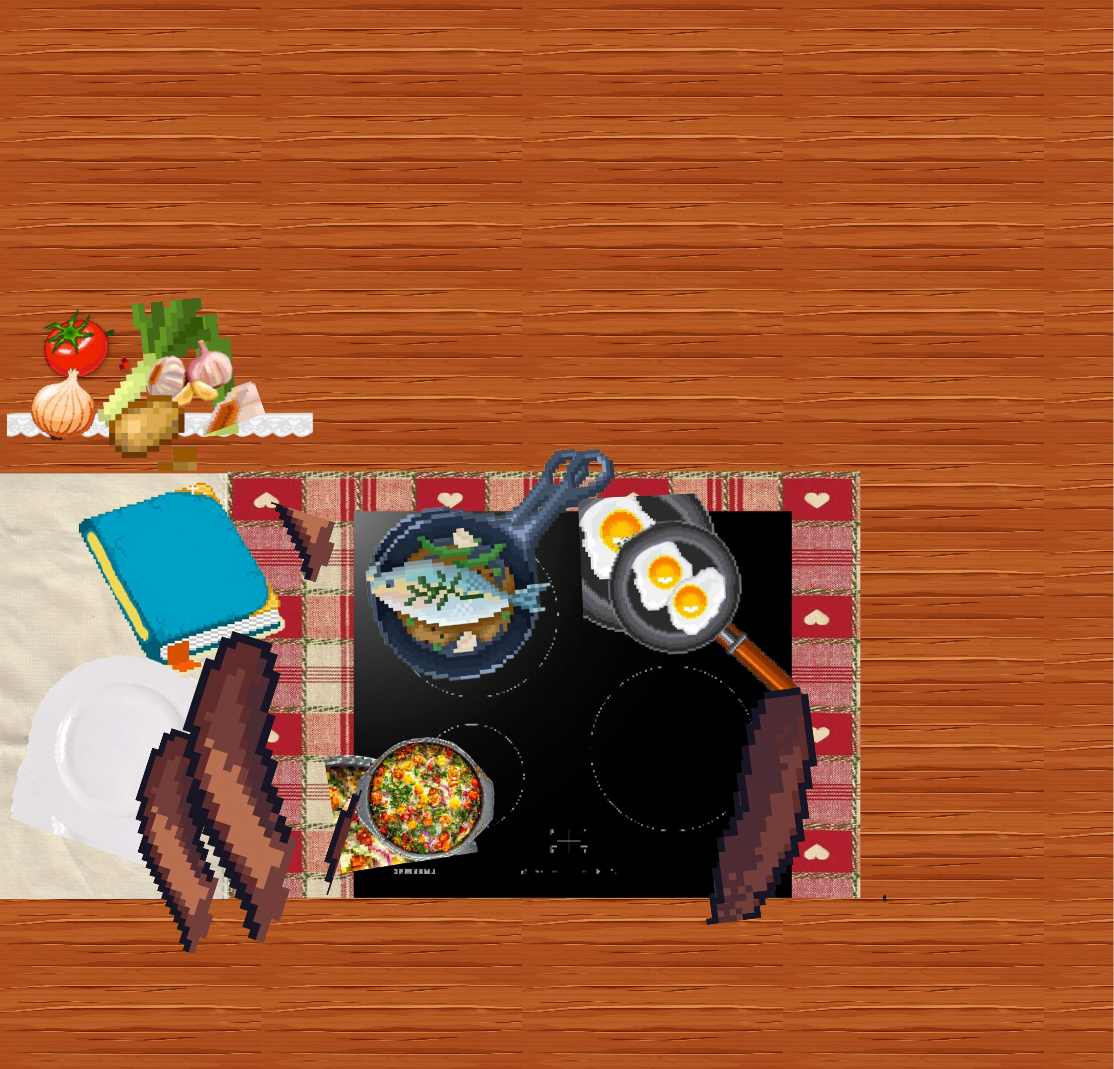
Repository: AJamdonuts/ToddyTalks
Page: playingaround2/pages/chefsujin.html
The author's editor kept a copy of each file at every save. The page is drawn from the files as they stood at one save, then again after the next save.
The browser window is 1280 px wide. The pictures show the whole page, at 87% of full size.

Above is the page before, as saved 2025-11-26 20:24:23.

### playingaround2/pages/chefsujin.html
<!DOCTYPE html>
<html>
<head>
    <meta charset="UTF-8">
    <meta name="viewport" content="width=device-width, initial-scale=1">
    <link href="/playingaround2/styles/chefsujin.css" rel="stylesheet">
    <script src="/playingaround2/javascript/chefsujin.js" defer></script>
    <title>Chef Sujin</title>
    <link rel="icon" type="image/x-icon" href="/playingaround2/images/favicon.ico">
</head>
<body>
    <div class="canvas">
        <img src="/playingaround2/images/09362b8ce39beb85f830c3373e6b392c-removebg-preview.png" alt="Chef Sujin Banner" class="chef-sujin-banner">
        <img src="/playingaround2/images/b41e50d46e26e9463ce130b2da7a46aa.jpg" class="creamtexture">
        <img src="/playingaround2/images/check table cloth.jpg" class="checktablecloth">
        <img src="/playingaround2/images/pxArt-2.png" class="hob">
        <img src="/playingaround2/images/pixil-frame-0-removebg-preview 1.png" class="recipebook">
        <img src="/playingaround2/images/fishpan.png" class="fishpan">
        <img src="/playingaround2/images/leek-removebg-preview.png" class="leek">
        <img src="/playingaround2/images/garlic-removebg-preview.png" class="garlic">
        <img src="/playingaround2/images/d95fa1e62c663504736614e026fc4862-removebg-preview.png" class="potato">
        <img src="/playingaround2/images/pixil-frame-0-removebg-preview.png" class="eggpan" >
        <img src="/playingaround2/images/pxArt-2-removebg-preview.png" class="vegpan">
        <img src="/playingaround2/images/pxArt-removebg-preview.png" class="plate">
        <img src="/playingaround2/images/tomato-removebg-preview.png" class="tomato">
        <img src="/playingaround2/images/onion-removebg-preview.png" class="onion">
        <img src="/playingaround2/images/IMG_0236_2-removebg-preview.png" class="beararm1" >
        <img src="/playingaround2/images/IMG_0236-removebg-preview.png" class="beararm2" >
    </div>

</body>
</html>

### playingaround2/styles/chefsujin.css


/* Add a main container to hold all your absolutely positioned elements */
.canvas {
    position: relative;
    max-width: 1440px;
    max-height: 1024px;
    width: 100%;
    height: 100%;
    transform-origin: bottom left;
    transform: scale(var(--scale-factor, 1));
}

/* Use Flexbox on the body to center the .canvas element when it hits the max size */
body {
    display: flex;
    justify-content: center; /* horizontally center canvas */
    align-items: flex-end;   /* vertically position canvas as needed */

    background-image: url('/playingaround2/images/kitchencounter.jpg');
    background-repeat: repeat;      /* repeat the image */
    background-size: 300px 100px;   /* set width and height for each tile */
    background-position: top left;  /* start tiling from top-left */
    background-attachment: scroll;  /* moves with page */
    background-color: #ffffff;      /* fallback color */
}

.tomato {
    position: absolute;
    width: 133.75px;
    height: 133.75px;
    left: 45.02px;
    top: 55.06px;
    background: url(tomato-removebg-preview.png);
    filter: drop-shadow(0px 4px 4px rgba(0, 0, 0, 0.25));
    border-radius: 4px;
    transform: rotate(-24.58deg);
}

.potato {
    position: absolute;
    width: 165px;
    height: 165px;
    left: 146px;
    top: 161px;
    background: url(d95fa1e62c663504736614e026fc4862-removebg-preview.png);
}

.leek {
    position: absolute;
    width: 257.96px;
    height: 257.96px;
    left: 109.95px;
    top: 20px;
    background: url(leek-removebg-preview.png);
    transform: rotate(-5.62deg);
}

.garlic {
    position: absolute;
    width: 194.8px;
    height: 194.8px;
    left: 200.62px;
    top: 74.87px;
    background: url(garlic-removebg-preview.png);
    transform: rotate(-19.27deg);
}

.onion {
    position: absolute;
    width: 126.18px;
    height: 144.28px;
    left: 32px;
    top: 145.3px;
    background: url(onion-removebg-preview.png);
    transform: rotate(17.63deg);
    }

.recipebook {
    position: absolute;
    width: 392px;
    height: 392px;
    left: 90px;
    top: 302px;
}

.plate {
    position: absolute;
    width: 334.76px;
    height: 332.75px;
    left: 22px;
    top: 616px;
    background: url(pxArt-removebg-preview.png);
    transform: rotate(19.64deg);
}

.beararm1 {
    position: absolute;
    width: 448.49px;
    height: 883.17px;
    left: 132px;
    top: 374px;
    background: url(IMG_0236_2-removebg-preview.png);
    transform: matrix(0.95, 0.31, 0.31, -0.95, 0, 0);
}

.beararm2 {
    position: absolute;
    width: 348.8px;
    height: 764.5px;
    left: 1062px;
    top: 450px;
    background: url(IMG_0236-removebg-preview.png);
    transform: matrix(0.99, -0.13, -0.13, -0.99, 0, 0);
}

.fishpan {
    position: absolute;
    width: 546.95px;
    height: 546.95px;
    left: 532px;
    top: 257px;
    background: url(fishpan.png);
    transform: rotate(-6.22deg);
}

.eggpan {
    position: absolute;
    width: 396px;
    height: 396px;
    left: 942.44px;
    top: 362.44px;
    background: url(pixil-frame-0-removebg-preview.png);
    transform: rotate(177.33deg);
}

.vegpan {
    position: absolute;
    width: 207px;
    height: 310px;
    left: 580.54px;
    top: 703.1px;
    background: url(pxArt-2-removebg-preview.png);
    transform: rotate(81.24deg);
}

.hob {
position: absolute;
width: 716px;
height: 632px;
left: 567px;
top: 392px;
background: url(pxArt-2.png);
}

.creamtexture {
    position: absolute;
    width: 476px;
    height: 696px;
    left: -115px;
    top: 330px;
    background: url(b41e50d46e26e9463ce130b2da7a46aa.jpg);
}

.checktablecloth {
    position: absolute;
    width: 1034px;
    height: 697px;
    left: 361px;
    top: 327px;
}

### playingaround2/javascript/chefsujin.js
function calculateScaleFactor() {
    // Define the original design dimensions
    const DESIGN_WIDTH = 1440;
    const DESIGN_HEIGHT = 1024;

    // Get the current viewport dimensions
    const viewportWidth = window.innerWidth;
    const viewportHeight = window.innerHeight;

    // Calculate the scale factor for both dimensions
    const widthScale = viewportWidth / DESIGN_WIDTH;
    const heightScale = viewportHeight / DESIGN_HEIGHT;

    // Use the smaller scale factor to ensure everything fits inside the window
    const scaleFactor = Math.min(widthScale, heightScale);

    // Get the .canvas element
    const canvas = document.querySelector('.canvas');

    // Apply the scale factor as a CSS variable
    if (canvas) {
        // If the viewport is larger than the design max, don't scale up past 1
        const finalScale = Math.min(scaleFactor, 1);
        canvas.style.setProperty('--scale-factor', finalScale);

        // Additionally, set the fixed width/height so the centering works correctly
        canvas.style.width = `${DESIGN_WIDTH}px`;
        canvas.style.height = `${DESIGN_HEIGHT}px`;
    }
}

// Run on load and on every window resize
window.addEventListener('resize', calculateScaleFactor);
document.addEventListener('DOMContentLoaded', calculateScaleFactor);

After the next save:
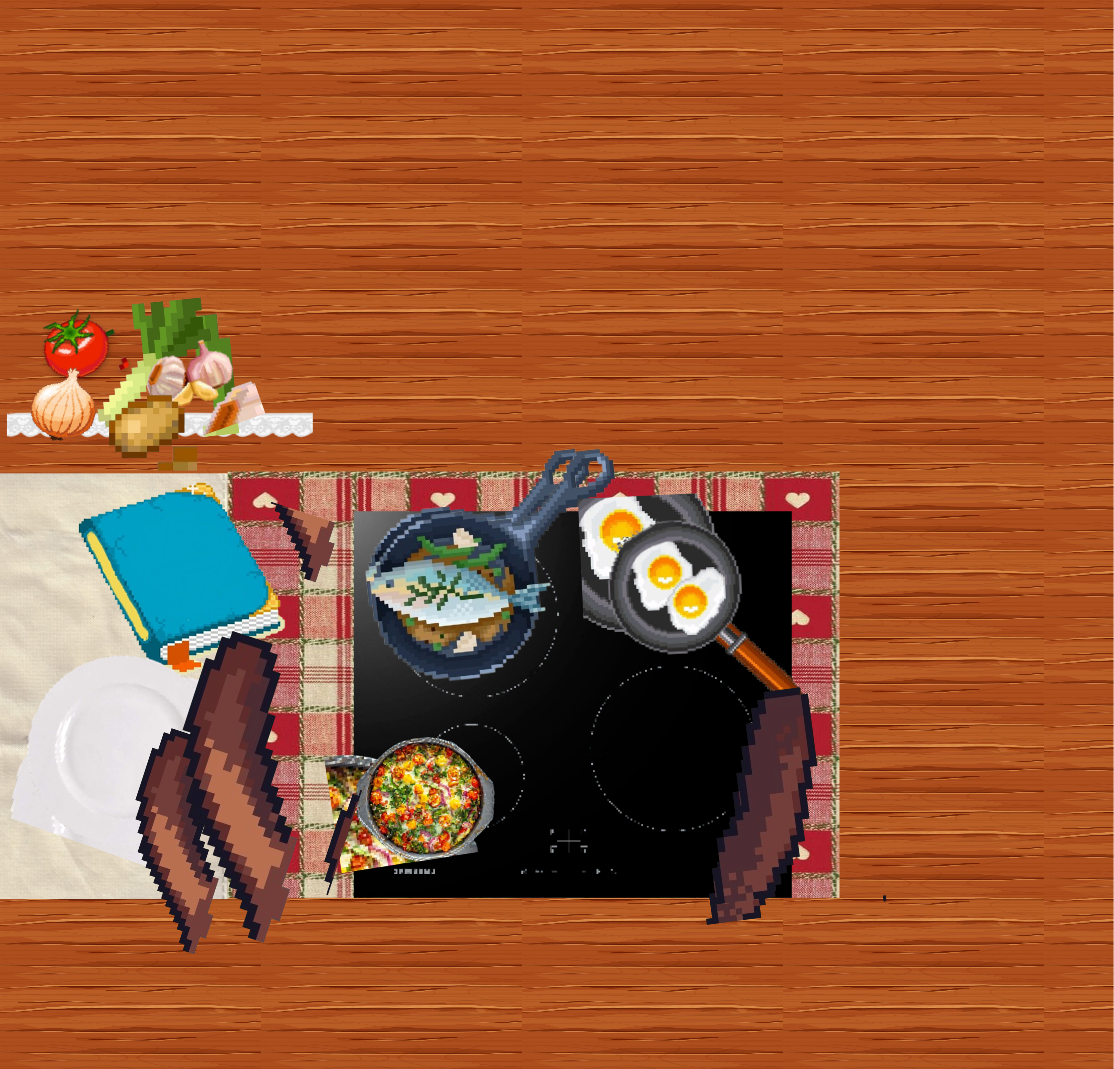
Saved 10 s later.
--- a/playingaround2/styles/chefsujin.css
+++ b/playingaround2/styles/chefsujin.css
@@ -164,7 +164,7 @@ background: url(pxArt-2.png);
 
 .checktablecloth {
     position: absolute;
-    width: 1034px;
+    width: 1000px;
     height: 697px;
     left: 361px;
     top: 327px;
